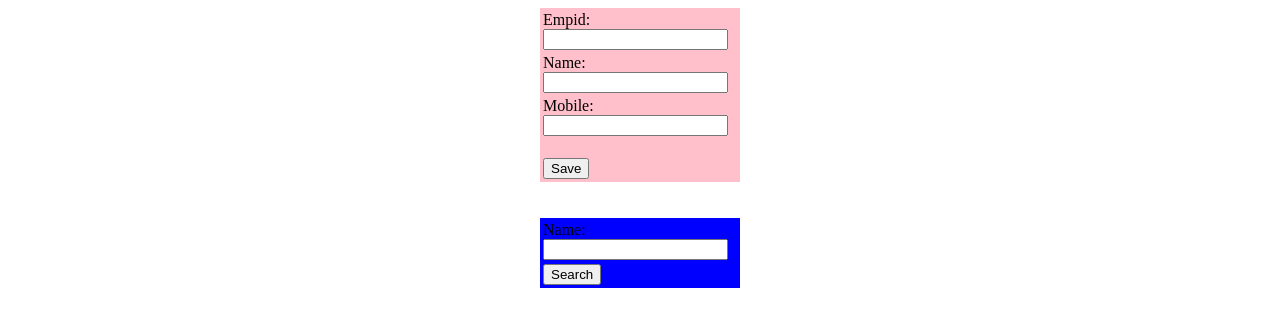
Repository: Suknaina/Repo
Page: MockServlet/src/main/webapp/Home.html
The author's editor kept a copy of each file at every save. The page is drawn from the files as they stood at one save, then again after the next save.
The browser window is 1280 px wide. The pictures show the whole page.

Above is the page before, as saved 2023-05-23 17:18:32.

After the next save:
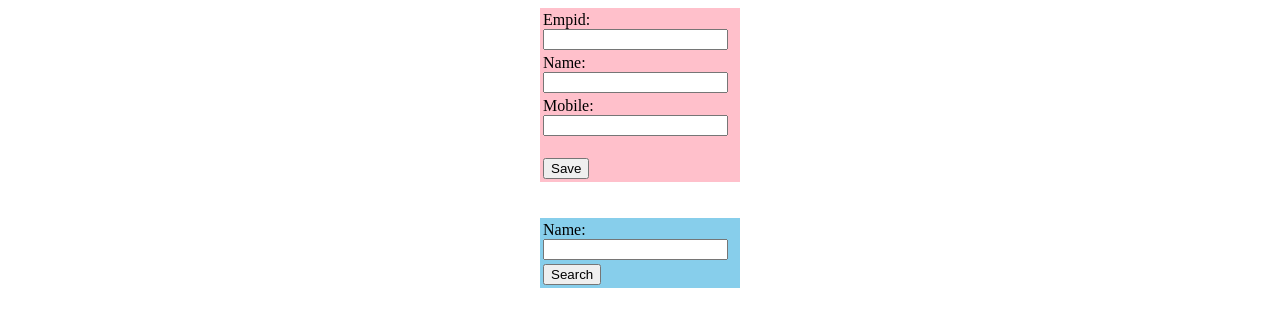
Saved 6 s later.
--- a/MockServlet/src/main/webapp/Home.html
+++ b/MockServlet/src/main/webapp/Home.html
@@ -30,7 +30,7 @@
 		</form>
 		<br>
 		<form action="">
-			<table bgcolor="blue" width="200px">
+			<table bgcolor="skyblue" width="200px">
 			<tr>
 					<td>Name: <input type="text" name="name"><br>
 					</td>
